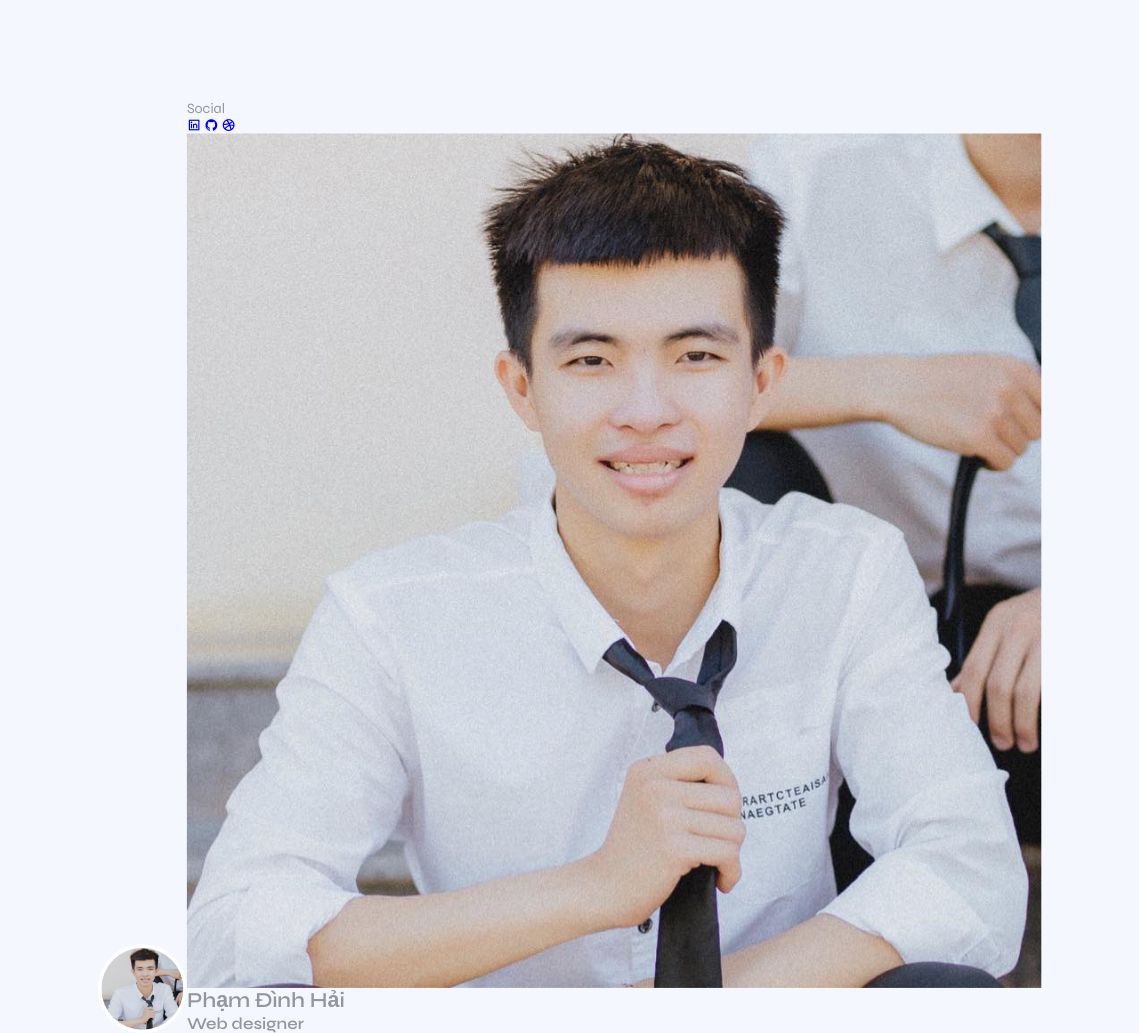
Repository: dinhhaidh/Profile
Page: index.html
An editor plug-in stored every save of this project. The page is shown before and after the next save, followed by the edit.
The browser window is 1280 px wide. The pictures show the whole page, at 89% of full size.
Some web libraries are served in a nearby version.

Above is the page before, as saved 2024-02-29 09:02:27.

After the next save:
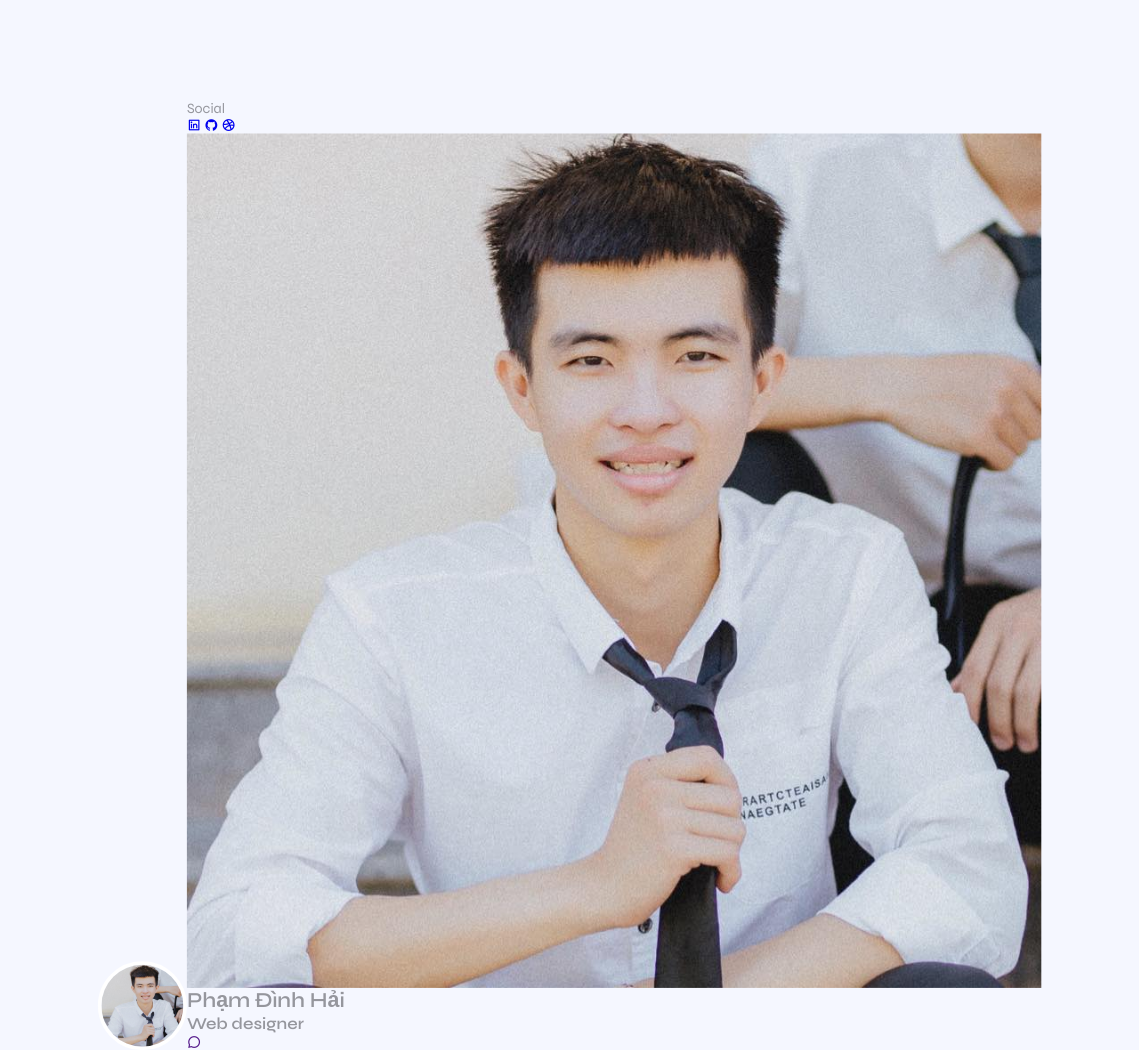
Saved 32 s later.
--- a/index.html
+++ b/index.html
@@ -53,7 +53,7 @@
                         <h3 class="card__profession">Web designer</h3>
 
                         <a href="" class="card__button">
-
+                            <i class="ri-chat-3-line"></i>
                         </a>
                     </div>
                 </div>
